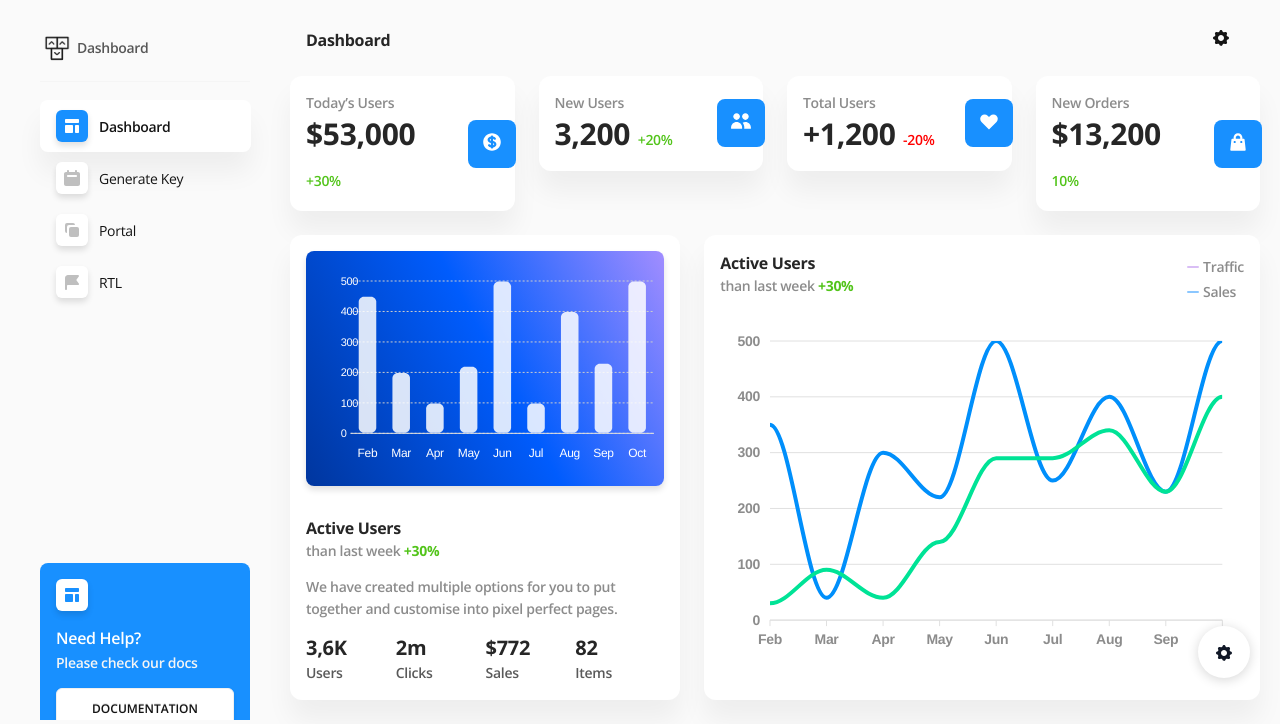
Repository: ahabalikhan/api-analytics-app-fe
Page: /
An editor plug-in stored every save of this project. The page is shown before and after the next save, followed by the edit.
The browser window is 1280 px wide. The pictures show the whole page.
The project was rebuilt for these pictures with package versions that can differ from the ones it lists, and the page was loaded fresh each time. Also part of the build but not shown: src/pages/Profile.js, src/components/layout/Footer.js. Imported but missing from the stored project, and not drawn on this page: src/pages/Billing, src/pages/Rtl, src/pages/Tables.

Above is the page before, as saved 2022-07-16 21:49:29.

### src/assets/styles/responsive.css
/*!
=========================================================
* Muse Ant Design Dashboard - v1.0.0
=========================================================
* Product Page: https://www.creative-tim.com/product/muse-ant-design-dashboard
* Copyright 2021 Creative Tim (https://www.creative-tim.com)
* Licensed under MIT (https://github.com/creativetimofficial/muse-ant-design-dashboard/blob/main/LICENSE.md)
* Coded by Creative Tim
=========================================================
* The above copyright notice and this permission notice shall be included in all copies or substantial portions of the Software.
*/
@media (min-width: 992px) {
  .layout-dashboard .ant-layout-footer {
    margin: 0 0 20px 20px;
  }
  .layout-dashboard .ant-layout-sider.sider-primary {
    margin: 20px 0 0 20px;
    padding: 13px 20px;
    height: calc(100vh - 20px);
  }
  .layout-dashboard .ant-layout {
    width: auto;
    flex-shrink: 1;
    margin-left: 270px;
  }
  .layout-dashboard .header-control .sidebar-toggler {
    display: none;
  }
}

@media (min-width: 768px) {
  .layout-dashboard .ant-layout-header {
    margin: 10px 20px;
  }
  .layout-dashboard .header-control {
    margin-top: 0;
  }
  .layout-dashboard .header-control .header-search {
    margin: 0 7px;
  }
  .layout-dashboard .header-control .btn-sign-in span {
    display: inline;
  }
  .profile-nav-bg {
    margin-top: -87.8px;
  }
  .card-profile-head {
    margin: -53px 24px 24px;
  }
}

@media (min-width: 992px) {
  .card-billing-info.ant-card .ant-card-body {
    display: flex;
  }
  .layout-dashboard-rtl {
    overflow: auto;
  }
  .layout-dashboard-rtl .ant-layout-sider.sider-primary {
    margin: 20px 20px 0 0;
    height: calc(100vh - 20px);
  }
  .layout-dashboard-rtl .ant-layout-sider.sider-primary {
    right: 0;
    left: auto;
  }
  .layout-dashboard-rtl .ant-layout-sider.sider-primary {
    right: 0;
    left: auto;
  }
  .layout-dashboard-rtl .ant-layout {
    margin-right: 270px;
    margin-left: 0;
  }
  .layout-dashboard-rtl .ant-layout-footer {
    margin: 0 20px 20px 0;
  }
}

@media (max-width: 768px) {
  .layout-dashboard.layout-dashboard-rtl .header-control {
    justify-content: flex-end;
  }
}

### src/components/layout/Header.js
import { useState, useEffect } from "react";

import {
  Row,
  Col,
  Breadcrumb,
  Badge,
  Dropdown,
  Button,
  List,
  Avatar,
  Input,
  Drawer,
  Typography,
  Switch,
} from "antd";

import {
  SearchOutlined,
  StarOutlined,
  TwitterOutlined,
  FacebookFilled,
} from "@ant-design/icons";

import { NavLink, Link } from "react-router-dom";
import styled from "styled-components";
import avtar from "../../assets/images/team-2.jpg";

const ButtonContainer = styled.div`
  .ant-btn-primary {
    background-color: #1890ff;
  }
  .ant-btn-success {
    background-color: #52c41a;
  }
  .ant-btn-yellow {
    background-color: #fadb14;
  }
  .ant-btn-black {
    background-color: #262626;
    color: #fff;
    border: 0px;
    border-radius: 5px;
  }
  .ant-switch-active {
    background-color: #1890ff;
  }
`;

const wifi = [
  <svg
    width="20"
    height="20"
    viewBox="0 0 107 107"
    version="1.1"
    xmlns="http://www.w3.org/2000/svg"
    key={0}
  >
    <g
      id="Page-1"
      stroke="none"
      stroke-width="1"
      fill="none"
      fillRule="evenodd"
    >
      <g id="logo-spotify" fill="#2EBD59" fillRule="nonzero">
        <path
          d="M53.5,0 C23.9517912,0 0,23.9517912 0,53.5 C0,83.0482088 23.9517912,107 53.5,107 C83.0482088,107 107,83.0482088 107,53.5 C107,23.9554418 83.0482088,0.00365063118 53.5,0 Z M78.0358922,77.1597407 C77.0757762,78.7368134 75.0204708,79.2296486 73.4506994,78.2695326 C60.8888775,70.5922552 45.0743432,68.8582054 26.4524736,73.1111907 C24.656363,73.523712 22.8675537,72.3993176 22.458683,70.6032071 C22.0461617,68.8070966 23.1669055,67.0182873 24.9666667,66.6094166 C45.3444899,61.9548618 62.8273627,63.9590583 76.9297509,72.5745479 C78.4995223,73.5419652 78.9996588,75.5899693 78.0358922,77.1597407 L78.0358922,77.1597407 Z M84.5814739,62.5973729 C83.373115,64.5614125 80.8030706,65.1747185 78.8426817,63.9700102 C64.4664961,55.1318321 42.5408052,52.5727397 25.5325145,57.7347322 C23.3275333,58.4027977 20.9984306,57.1579324 20.3267144,54.9566018 C19.6622996,52.7516206 20.9071648,50.4261685 23.1084954,49.7544524 C42.5371546,43.858683 66.6933811,46.7134766 83.2051859,56.8622313 C85.1692255,58.0705902 85.7898328,60.636984 84.5814739,62.5973729 Z M85.1436711,47.4253497 C67.8980894,37.1853292 39.4523712,36.2434664 22.9880246,41.2375299 C20.3449676,42.0406687 17.5485841,40.5475606 16.7490959,37.9045036 C15.9496076,35.2614466 17.4390652,32.4650631 20.0857728,31.6619243 C38.9850904,25.9267827 70.3987718,27.0329239 90.2509041,38.8171614 C92.627465,40.2299556 93.4087001,43.3001365 91.9995565,45.6730467 C90.5940635,48.0532583 87.5165814,48.838144 85.1436711,47.4253497 Z"
          id="Shape"
        ></path>
      </g>
    </g>
  </svg>,
];

const credit = [
  <svg
    width="20"
    height="20"
    viewBox="0 0 20 20"
    fill="none"
    xmlns="http://www.w3.org/2000/svg"
    key={0}
  >
    <path
      fill="#1890FF"
      d="M4 4C2.89543 4 2 4.89543 2 6V7H18V6C18 4.89543 17.1046 4 16 4H4Z"
    ></path>
    <path
      fill="#1890FF"
      fillRule="evenodd"
      clipRule="evenodd"
      d="M18 9H2V14C2 15.1046 2.89543 16 4 16H16C17.1046 16 18 15.1046 18 14V9ZM4 13C4 12.4477 4.44772 12 5 12H6C6.55228 12 7 12.4477 7 13C7 13.5523 6.55228 14 6 14H5C4.44772 14 4 13.5523 4 13ZM9 12C8.44772 12 8 12.4477 8 13C8 13.5523 8.44772 14 9 14H10C10.5523 14 11 13.5523 11 13C11 12.4477 10.5523 12 10 12H9Z"
    ></path>
  </svg>,
];

const clockicon = [
  <svg
    width="20"
    height="20"
    viewBox="0 0 20 20"
    fill="none"
    xmlns="http://www.w3.org/2000/svg"
    key={0}
  >
    <path
      fillRule="evenodd"
      clipRule="evenodd"
      d="M10 18C14.4183 18 18 14.4183 18 10C18 5.58172 14.4183 2 10 2C5.58172 2 2 5.58172 2 10C2 14.4183 5.58172 18 10 18ZM11 6C11 5.44772 10.5523 5 10 5C9.44772 5 9 5.44772 9 6V10C9 10.2652 9.10536 10.5196 9.29289 10.7071L12.1213 13.5355C12.5118 13.9261 13.145 13.9261 13.5355 13.5355C13.9261 13.145 13.9261 12.5118 13.5355 12.1213L11 9.58579V6Z"
      fill="#111827"
    ></path>
  </svg>,
];

const data = [
  {
    title: "New message from Sophie",
    description: <>{clockicon} 2 days ago</>,

    avatar: avtar,
  },
  {
    title: "New album by Travis Scott",
    description: <>{clockicon} 2 days ago</>,

    avatar: <Avatar shape="square">{wifi}</Avatar>,
  },
  {
    title: "Payment completed",
    description: <>{clockicon} 2 days ago</>,
    avatar: <Avatar shape="square">{credit}</Avatar>,
  },
];


const logsetting = [
  <svg
    width="20"
    height="20"
    viewBox="0 0 20 20"
    fill="none"
    xmlns="http://www.w3.org/2000/svg"
    key={0}
  >
    <path
      fillRule="evenodd"
      clipRule="evenodd"
      d="M11.4892 3.17094C11.1102 1.60969 8.8898 1.60969 8.51078 3.17094C8.26594 4.17949 7.11045 4.65811 6.22416 4.11809C4.85218 3.28212 3.28212 4.85218 4.11809 6.22416C4.65811 7.11045 4.17949 8.26593 3.17094 8.51078C1.60969 8.8898 1.60969 11.1102 3.17094 11.4892C4.17949 11.7341 4.65811 12.8896 4.11809 13.7758C3.28212 15.1478 4.85218 16.7179 6.22417 15.8819C7.11045 15.3419 8.26594 15.8205 8.51078 16.8291C8.8898 18.3903 11.1102 18.3903 11.4892 16.8291C11.7341 15.8205 12.8896 15.3419 13.7758 15.8819C15.1478 16.7179 16.7179 15.1478 15.8819 13.7758C15.3419 12.8896 15.8205 11.7341 16.8291 11.4892C18.3903 11.1102 18.3903 8.8898 16.8291 8.51078C15.8205 8.26593 15.3419 7.11045 15.8819 6.22416C16.7179 4.85218 15.1478 3.28212 13.7758 4.11809C12.8896 4.65811 11.7341 4.17949 11.4892 3.17094ZM10 13C11.6569 13 13 11.6569 13 10C13 8.34315 11.6569 7 10 7C8.34315 7 7 8.34315 7 10C7 11.6569 8.34315 13 10 13Z"
      fill="#111827"
    ></path>
  </svg>,
];


const toggler = [
  <svg
    width="20"
    height="20"
    xmlns="http://www.w3.org/2000/svg"
    viewBox="0 0 448 512"
    key={0}
  >
    <path d="M16 132h416c8.837 0 16-7.163 16-16V76c0-8.837-7.163-16-16-16H16C7.163 60 0 67.163 0 76v40c0 8.837 7.163 16 16 16zm0 160h416c8.837 0 16-7.163 16-16v-40c0-8.837-7.163-16-16-16H16c-8.837 0-16 7.163-16 16v40c0 8.837 7.163 16 16 16zm0 160h416c8.837 0 16-7.163 16-16v-40c0-8.837-7.163-16-16-16H16c-8.837 0-16 7.163-16 16v40c0 8.837 7.163 16 16 16z"></path>
  </svg>,
];

const setting = [
  <svg
    width="20"
    height="20"
    viewBox="0 0 20 20"
    fill="none"
    xmlns="http://www.w3.org/2000/svg"
    key={0}
  >
    <path
      fillRule="evenodd"
      clipRule="evenodd"
      d="M11.4892 3.17094C11.1102 1.60969 8.8898 1.60969 8.51078 3.17094C8.26594 4.17949 7.11045 4.65811 6.22416 4.11809C4.85218 3.28212 3.28212 4.85218 4.11809 6.22416C4.65811 7.11045 4.17949 8.26593 3.17094 8.51078C1.60969 8.8898 1.60969 11.1102 3.17094 11.4892C4.17949 11.7341 4.65811 12.8896 4.11809 13.7758C3.28212 15.1478 4.85218 16.7179 6.22417 15.8819C7.11045 15.3419 8.26594 15.8205 8.51078 16.8291C8.8898 18.3903 11.1102 18.3903 11.4892 16.8291C11.7341 15.8205 12.8896 15.3419 13.7758 15.8819C15.1478 16.7179 16.7179 15.1478 15.8819 13.7758C15.3419 12.8896 15.8205 11.7341 16.8291 11.4892C18.3903 11.1102 18.3903 8.8898 16.8291 8.51078C15.8205 8.26593 15.3419 7.11045 15.8819 6.22416C16.7179 4.85218 15.1478 3.28212 13.7758 4.11809C12.8896 4.65811 11.7341 4.17949 11.4892 3.17094ZM10 13C11.6569 13 13 11.6569 13 10C13 8.34315 11.6569 7 10 7C8.34315 7 7 8.34315 7 10C7 11.6569 8.34315 13 10 13Z"
      fill="#111827"
    ></path>
  </svg>,
];

function Header({
  placement,
  name,
  subName,
  onPress,
  handleSidenavColor,
  handleSidenavType,
  handleFixedNavbar,
}) {
  const { Title, Text } = Typography;

  const [visible, setVisible] = useState(false);
  const [sidenavType, setSidenavType] = useState("transparent");

  useEffect(() => window.scrollTo(0, 0));

  const showDrawer = () => setVisible(true);
  const hideDrawer = () => setVisible(false);

  return (
    <>
      <div className="setting-drwer" onClick={showDrawer}>
        {setting}
      </div>
      <Row gutter={[24, 0]}>
        <Col span={24} md={6}>
          {/* <Breadcrumb>
            <Breadcrumb.Item style={{ textTransform: "capitalize" }}>
              {name.replace("/", "")}
            </Breadcrumb.Item>
          </Breadcrumb> */}
          <div className="ant-page-header-heading">
            <span
              className="ant-page-header-heading-title"
              style={{ textTransform: "capitalize" }}
            >
              {subName.replace("/", "")}
            </span>
          </div>
        </Col>
        <Col span={24} md={18} className="header-control">
          <Button type="link" onClick={showDrawer}>
            {logsetting}
          </Button>
          <Button
            type="link"
            className="sidebar-toggler"
            onClick={() => onPress()}
          >
            {toggler}
          </Button>
          <Drawer
            className="settings-drawer"
            mask={true}
            width={360}
            onClose={hideDrawer}
            placement={placement}
            visible={visible}
          >
            <div layout="vertical">
              <div className="header-top">
                <Title level={4}>
                  Configurator
                  <Text className="subtitle">See our dashboard options.</Text>
                </Title>
              </div>

              <div className="sidebar-color">
                <Title level={5}>Sidebar Color</Title>
                <div className="theme-color mb-2">
                  <ButtonContainer>
                    <Button
                      type="primary"
                      onClick={() => handleSidenavColor("#1890ff")}
                    >
                      1
                    </Button>
                    <Button
                      type="success"
                      onClick={() => handleSidenavColor("#52c41a")}
                    >
                      1
                    </Button>
                    <Button
                      type="danger"
                      onClick={() => handleSidenavColor("#d9363e")}
                    >
                      1
                    </Button>
                    <Button
                      type="yellow"
                      onClick={() => handleSidenavColor("#fadb14")}
                    >
                      1
                    </Button>

                    <Button
                      type="black"
                      onClick={() => handleSidenavColor("#111")}
                    >
                      1
                    </Button>
                  </ButtonContainer>
                </div>

                <div className="sidebarnav-color mb-2">
                  <Title level={5}>Sidenav Type</Title>
                  <Text>Choose between 2 different sidenav types.</Text>
                  <ButtonContainer className="trans">
                    <Button
                      type={sidenavType === "transparent" ? "primary" : "white"}
                      onClick={() => {
                        handleSidenavType("transparent");
                        setSidenavType("transparent");
                      }}
                    >
                      TRANSPARENT
                    </Button>
                    <Button
                      type={sidenavType === "white" ? "primary" : "white"}
                      onClick={() => {
                        handleSidenavType("#fff");
                        setSidenavType("white");
                      }}
                    >
                      WHITE
                    </Button>
                  </ButtonContainer>
                </div>
                <div className="fixed-nav mb-2">
                  <Title level={5}>Navbar Fixed </Title>
                  <Switch onChange={(e) => handleFixedNavbar(e)} />
                </div>
                <div className="ant-docment">
                  <ButtonContainer>
                    <Button type="black" size="large">VIEW DOCUMENTATION</Button>
                  </ButtonContainer>
                </div>
              </div>
            </div>
          </Drawer>
          {/* <Link to="/sign-in" className="btn-sign-in">
            {profile}
            <span>Generate Key</span>
          </Link> */}
        </Col>
      </Row>
    </>
  );
}

export default Header;

Loaded but not shown: public/index.html (common file); src/index.js (common file); src/pages/Home.js (487 lines, source omitted); src/pages/SignIn.js (200 lines, source omitted); src/pages/Portal.js (171 lines, source omitted); src/components/layout/Sidenav.js (157 lines, source omitted); src/components/layout/Main.js (118 lines, source omitted); src/components/chart/EChart.js (74 lines, source omitted); src/components/chart/configs/eChart.js (106 lines, source omitted); src/components/chart/LineChart.js (50 lines, source omitted); src/components/chart/configs/lineChart.js (87 lines, source omitted); src/App.js (33 lines, source omitted); src/assets/styles/main.css (3043 lines, source omitted)

After the next save:
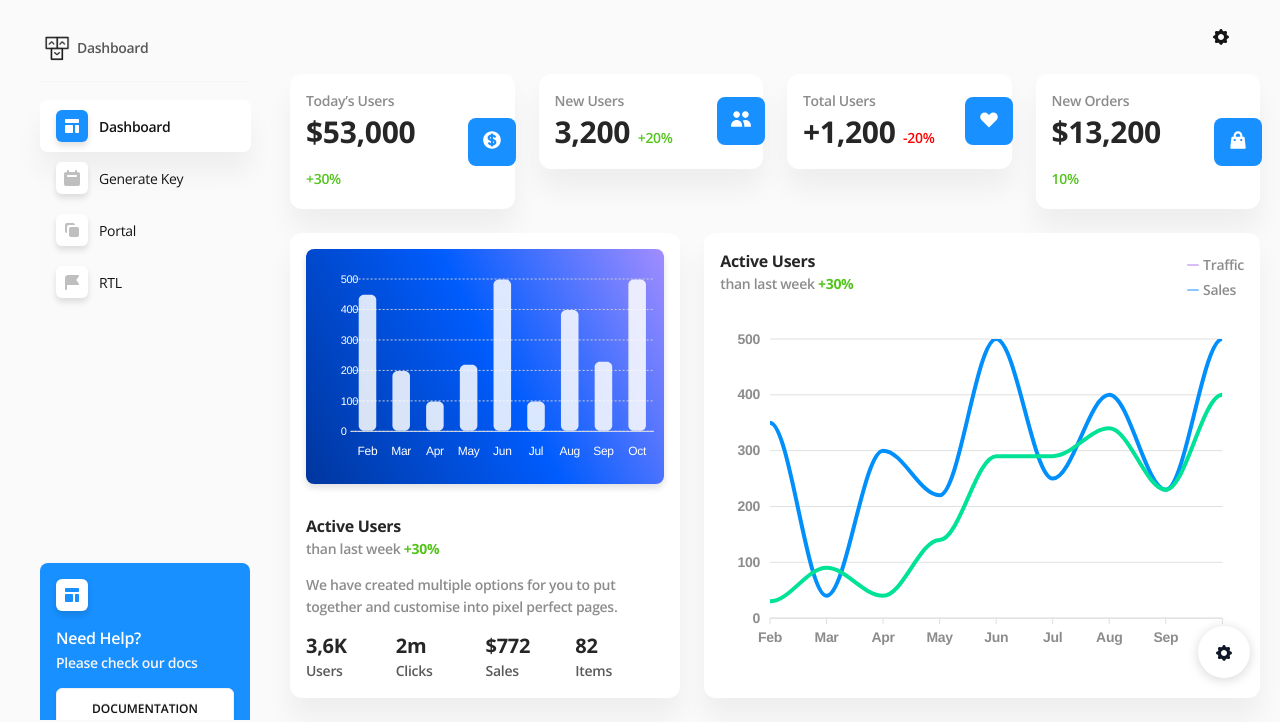
Saved 62 s later.
--- a/src/components/layout/Header.js
+++ b/src/components/layout/Header.js
@@ -219,7 +219,7 @@
               className="ant-page-header-heading-title"
               style={{ textTransform: "capitalize" }}
             >
-              {subName.replace("/", "")}
+              {/* {subName.replace("/", "")} */}
             </span>
           </div>
         </Col>
